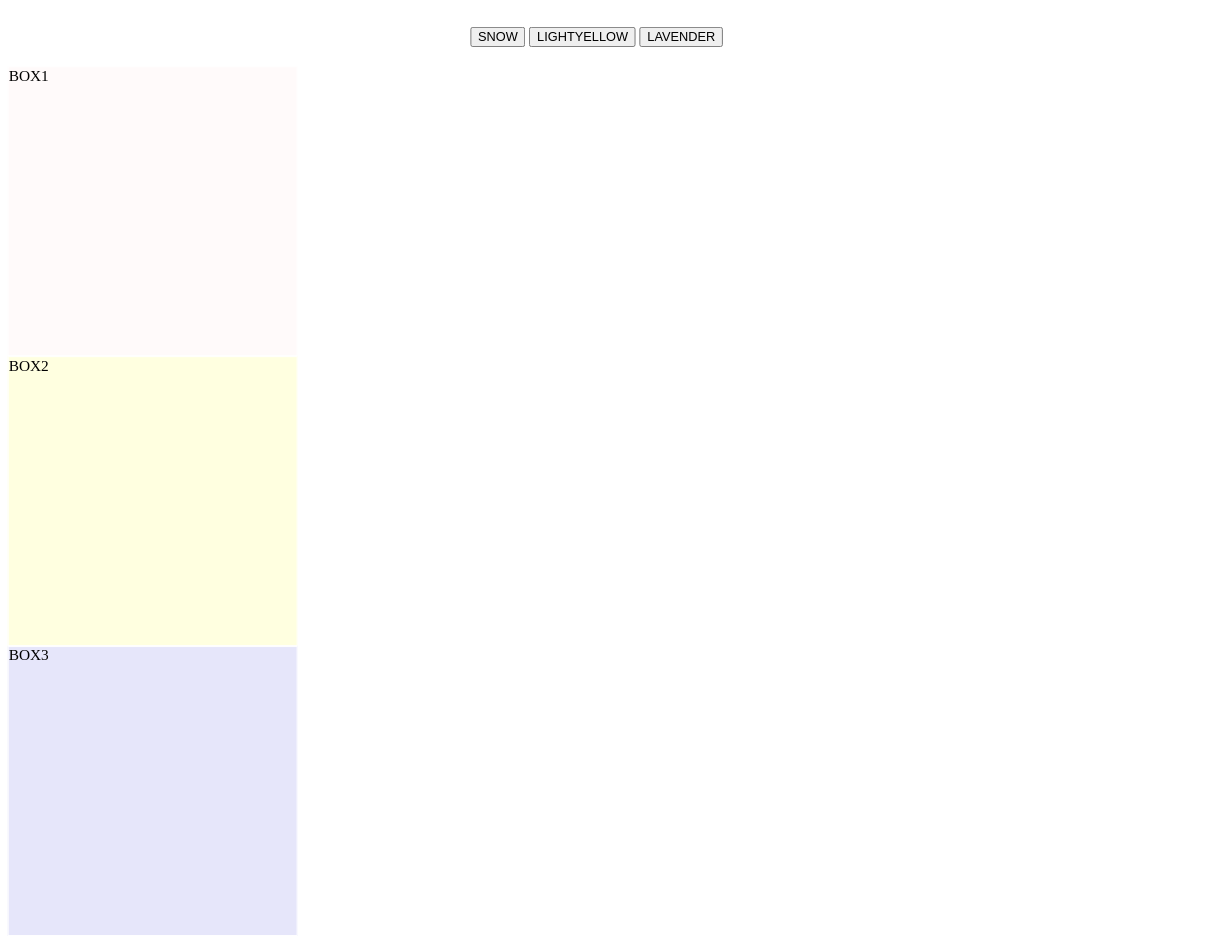
Repository: wjsjsn/23_webstudy
Page: 03_javascript/src/main/webapp/day02/Ex16_event.html
The author's editor kept a copy of each file at every save. The page is drawn from the files as they stood at one save, then again after the next save.
The browser window is 1280 px wide. The pictures show the whole page, at 96% of full size.

Above is the page before, as saved 2023-06-28 06:50:29.

### 03_javascript/src/main/webapp/day02/Ex16_event.html
<!DOCTYPE html>
<html>
<head>
<meta charset="UTF-8">
<title>Insert title here</title>
<style type="text/css">
.box{
	border: 1px solid white;
	width: 300px;
	height: 300px;
}

</style>
</head>
<body>
	<div style="margin: auto; width: 300px; padding: 20px;">
		<button onclick="setSnow()">SNOW</button>
		<button onclick="setLightYellow()">LIGHTYELLOW</button>
		<button onclick="setLavender()">LAVENDER</button>
	</div>
	<div class="box" id="box1" style="background-color: snow">BOX1</div>
	<div class="box" id="box2" style="background-color: lightyellow">BOX2</div>
	<div class="box" id="box3" style="background-color: lavender">BOX3</div>
</body>
</html>

After the next save:
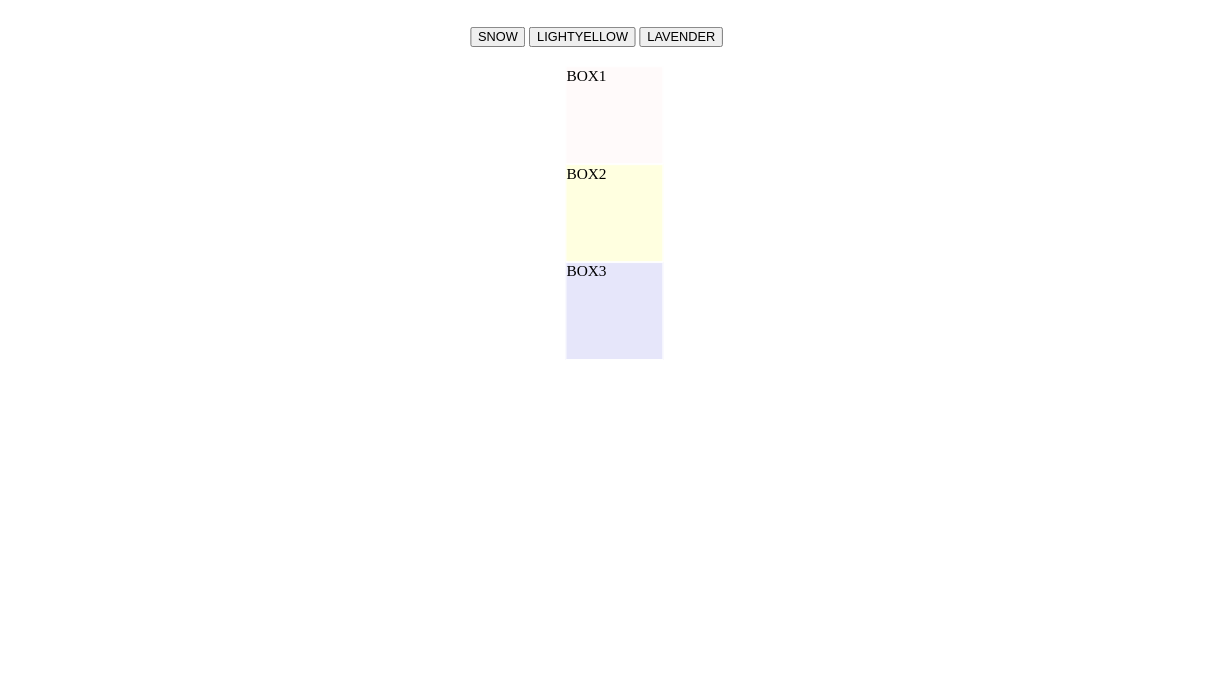
Saved 31 s later.
--- a/03_javascript/src/main/webapp/day02/Ex16_event.html
+++ b/03_javascript/src/main/webapp/day02/Ex16_event.html
@@ -6,8 +6,9 @@
 <style type="text/css">
 .box{
 	border: 1px solid white;
-	width: 300px;
-	height: 300px;
+	width: 100px;
+	height: 100px;
+	margin: auto;
 }
 
 </style>
